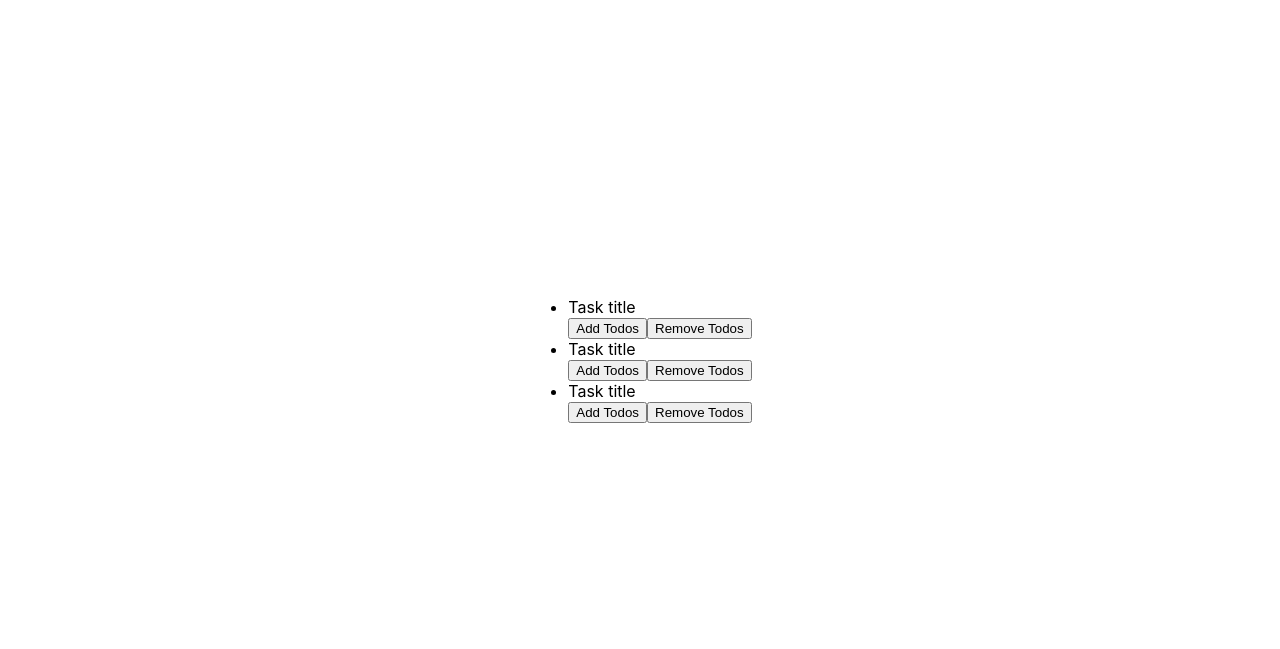
Repository: JohnKang0720/Simple-Todo-List
Page: /
These files come from the project's save history. The page is drawn as it stood at one moment and after the next save; the edit follows.
The browser window is 1280 px wide. The pictures show the whole page.
The project was rebuilt for these pictures with package versions that can differ from the ones it lists, and the page was loaded fresh each time.

Above is the page before, as saved 2021-05-24 21:16:59.

### src/App.js
import logo from './logo.svg';
import './App.css';
import TodoList from './TodoList'
import {taskContext} from './TodoList'
import React, {useContext, useState} from 'react'
import Todoform from './Todoform';


function App() {

  return (
    <TodoList >

    <div className="App">
     John's Todo List
   <Todoform />
    </div>
    </TodoList>

  );
}

export default App;

### src/App.css
.App {
  text-align: center;
}

.App-logo {
  height: 40vmin;
  pointer-events: none;
}

@media (prefers-reduced-motion: no-preference) {
  .App-logo {
    animation: App-logo-spin infinite 20s linear;
  }
}

.App-header {
  background-color: #282c34;
  min-height: 100vh;
  display: flex;
  flex-direction: column;
  align-items: center;
  justify-content: center;
  font-size: calc(10px + 2vmin);
  color: white;
}

.App-link {
  color: #61dafb;
}
body,html{
  width: 100%;
  height: 100%;
  display: flex;
  align-items: center;
  justify-content:center;
}
.App{
  background: lightslategray;
  width: 500px;
  height: 500px;
  position: relative;
  border-radius: 10px;
  box-shadow:black;

}

@keyframes App-logo-spin {
  from {
    transform: rotate(0deg);
  }
  to {
    transform: rotate(360deg);
  }
}

### src/TodoList.js
import React, {useState, createContext} from 'react'
import Todoform from './Todoform'

export const taskContext = createContext(null)
const TodoList = (props) => {

 const [input, setInput] = useState([
  {task: "Read", id: 1},
  {task: "Dishes", id: 2},
  {task: "HW", id: 3}
 ])

 return(
    <taskContext.Provider value = {{input}}>
    <Todoform></Todoform>
    </taskContext.Provider>
 )
}

export default TodoList

### src/Todoform.js
import React, {useContext} from 'react'
import {taskContext} from './TodoList'
import List from './List'
function Todoform() {
    const {input} = useContext(taskContext)
    return (

        <ul>
            {input.map((task) => {
            return (

            <List />


            )
            })}
        </ul>

    )
}

export default Todoform

### src/List.js
import React from 'react'

function List() {
    return (
        <li>
            <span> Task title</span>
            <div>
                <button> Add Todos </button>
                <button> Remove Todos </button>
            </div>
        </li>

    )
}

export default List

Loaded but not shown: public/index.html (common file); src/index.js (common file); src/index.css (common file); src/reportWebVitals.js (common file)

After the next save:
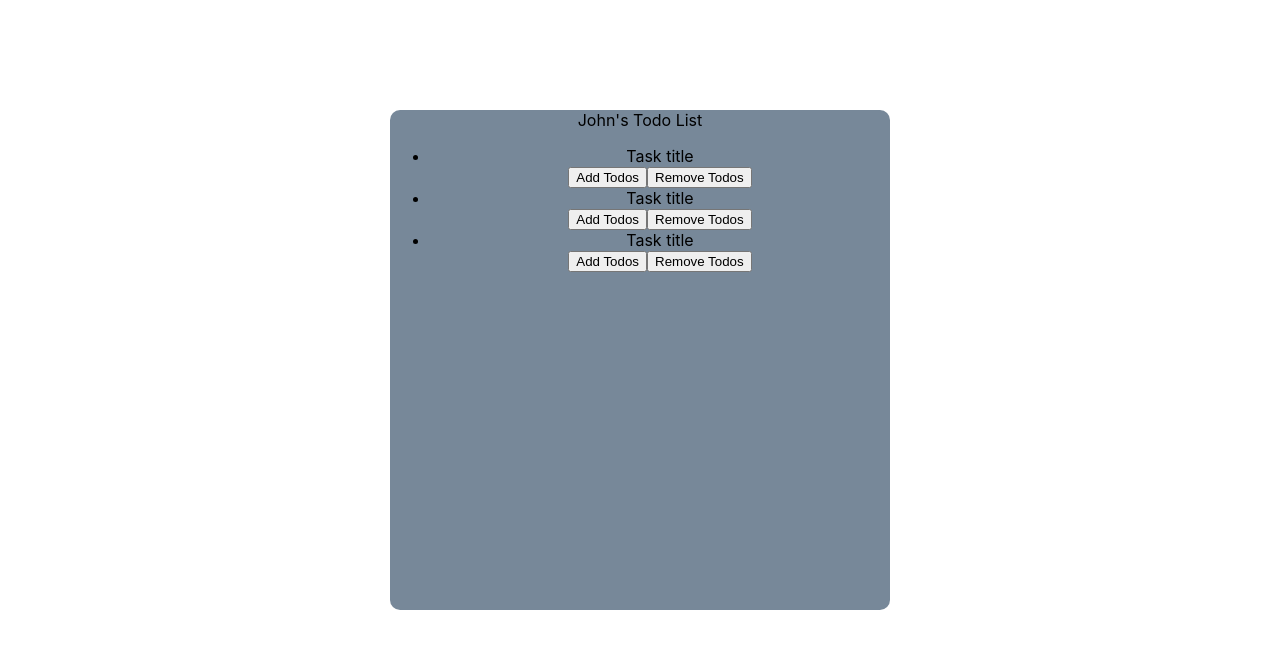
Saved 13 s later.
--- a/src/TodoList.js
+++ b/src/TodoList.js
@@ -12,7 +12,7 @@ const TodoList = (props) => {
 
  return(
     <taskContext.Provider value = {{input}}>
-    <Todoform></Todoform>
+    {props.children}
     </taskContext.Provider>
  )
 }
